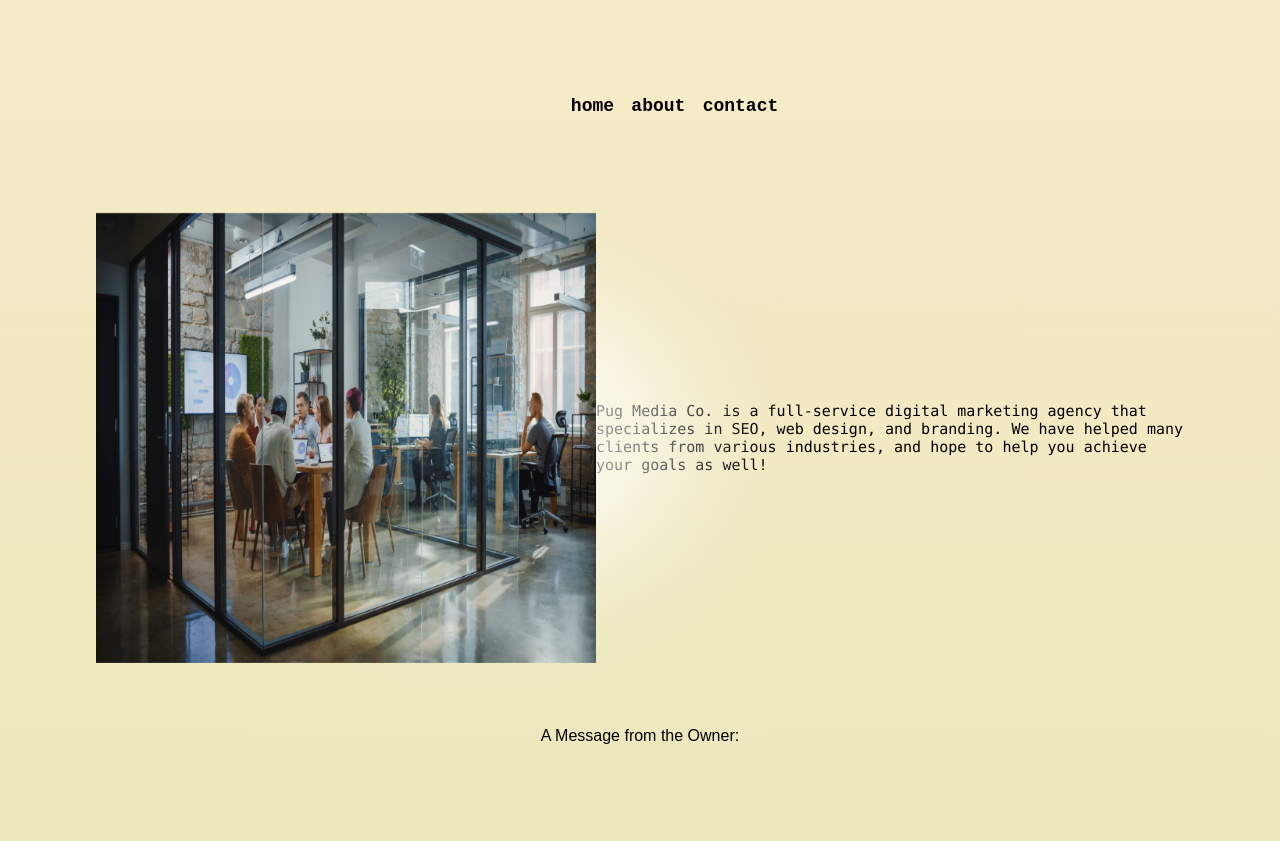
Repository: cheungglenda/MDIA2109-Week3
Page: /
These files come from the project's save history. The page is drawn as it stood at one moment and after the next save; the edit follows.
The browser window is 1280 px wide. The pictures show the whole page.
The project was rebuilt for these pictures with package versions that can differ from the ones it lists, and the page was loaded fresh each time. The framework's server and built-in components were replaced by stand-ins that run in the browser. Also part of the build but not shown: next.config.js, components/Card/index.js.

Above is the page before, as saved 2023-01-20 18:55:36.

### pages/index.js
import Head from 'next/head'
import Image from 'next/image'
import { Inter } from '@next/font/google'
import styles from '@/styles/Home.module.css'
import data from '../data/education.json'
import { useState } from 'react'
import Card from '../components/Card'
import Link from 'next/link'

const inter = Inter({ subsets: ['latin'] })

export default function Home() {

  /** ([...data]) enters the data in the useState and is calling that info. the useState has all the data from the education.json file */
  const [information, setInformation] = useState([...data])
  console.log(data);

  return (
    <>
      <Head>
        <title>Pug Media Co.</title>
        <meta name="description" content="Full-service digital marketing agency" />
        <meta name="viewport" content="width=device-width, initial-scale=1" />
        <link rel="icon" href="/favicon.ico" />
      </Head>
      <main className={styles.main}>
        <div className={styles.buttons}>
      <Link href="/" className={styles.links}>Home</Link>
      <Link href="../about" className={styles.links}>About</Link>
      <Link href="/" className={styles.links}>Contact</Link>
        </div>

        <div className={styles.center}>
          <Image
            className={styles.logo}
            src="/office.jpeg"
            width={500}
            height={450}
            priority
          />
          <div className={styles.description}>
            Pug Media Co. is a full-service digital marketing agency that specializes in SEO, web design, and branding. We have helped many clients from various industries, and hope to help you achieve your goals as well!
          </div>
        </div>


        <div className={styles.grid}>
          <div>A Message from the Owner:</div>

        </div>
      </main>
    </>
  )
}

/** .toLowerCase() is input when you don't want to worry about case sensitivity */

### styles/Home.module.css
.main {
  display: flex;
  flex-direction: column;
  justify-content: space-between;
  align-items: center;
  padding: 6rem;
  font-family:arial;
  min-height: 100vh;
  background-image: linear-gradient(rgb(245, 235, 200), rgb(236, 232, 188));

}

.buttons {
  display: flex;
  flex-direction:row;
  justify-content: space-evenly;
  margin-bottom:3%;
}

.links:hover {
  text-decoration:underline;
}

.links {
  font-size: 18px;
  max-width: var(--max-width);
  width: 100%;
  font-weight:900;
  font-family: 'Courier New', Courier, monospace;
  text-transform:lowercase;
  padding-left:10%;
}

.description {
  display: inherit;
  justify-content: inherit;
  align-items: inherit;
  font-size: 15px;
  max-width: var(--max-width);
  width: 100%;
  font-family: var(--font-mono);
}

.description a {
  display: flex;
  justify-content: center;
  align-items: center;
  gap: 0.5rem;
}

.description p {
  position: relative;
  margin: 0;
  padding: 1rem;
  background-color: rgba(var(--callout-rgb), 0.5);
  border: 1px solid rgba(var(--callout-border-rgb), 0.3);
  border-radius: var(--border-radius);
}

.code {
  font-weight: 700;
  font-family: var(--font-mono);
}

.meetTitle {
  font-size: 50px;
  font-weight:700;
  text-transform:lowercase;
  font-family:'Courier New', Courier, monospace;
  text-align:center;
}

.grid {
  display: flex;
  justify-content:center;
  width: var(--max-width);
  max-width: 100%;
  align-items:center;
  flex: 1;
}

.card {
  padding: 1rem 1.2rem;
  border-radius: var(--border-radius);
  background: rgba(var(--card-rgb), 0);
  border: 1px solid rgba(var(--card-border-rgb), 0);
  transition: background 200ms, border 200ms;
}

.card span {
  display: inline-block;
  transition: transform 200ms;
}

.info {
  font-family:Arial, Helvetica, sans-serif;
}

.card h2 {
  font-weight: 600;
  margin-bottom: 0.7rem;
}

.card p {
  margin: 0;
  opacity: 0.6;
  font-size: 0.9rem;
  line-height: 1.5;
  max-width: 30ch;
}


.employees {
  display:flex;
  gap:20px;
  width: 80%;
  text-align:center;
  font-family:'Courier New', Courier, monospace;
}

.titleDesc {
  font-size:16px;
  margin-bottom:3%;
}

.center {
  display: flex;
  justify-content: center;
  align-items: center;
  position: relative;
  padding: 4rem 0;
}

.center::before {
  background: var(--secondary-glow);
  border-radius: 50%;
  width: 480px;
  height: 360px;
  margin-left: -400px;
}

.center::after {
  background: var(--primary-glow);
  width: 240px;
  height: 180px;
  z-index: -1;
}

.center::before,
.center::after {
  content: '';
  left: 50%;
  position: absolute;
  filter: blur(45px);
  transform: translateZ(0);
}

.logo,
.thirteen {
  position: relative;
}

.thirteen {
  display: flex;
  justify-content: center;
  align-items: center;
  width: 75px;
  height: 75px;
  padding: 25px 10px;
  margin-left: 16px;
  transform: translateZ(0);
  border-radius: var(--border-radius);
  overflow: hidden;
  box-shadow: 0px 2px 8px -1px #0000001a;
}

.thirteen::before,
.thirteen::after {
  content: '';
  position: absolute;
  z-index: -1;
}

/* Conic Gradient Animation */
.thirteen::before {
  animation: 6s rotate linear infinite;
  width: 200%;
  height: 200%;
  background: var(--tile-border);
}

/* Inner Square */
.thirteen::after {
  inset: 0;
  padding: 1px;
  border-radius: var(--border-radius);
  background: linear-gradient(
    to bottom right,
    rgba(var(--tile-start-rgb), 1),
    rgba(var(--tile-end-rgb), 1)
  );
  background-clip: content-box;
}

/* Enable hover only on non-touch devices */
@media (hover: hover) and (pointer: fine) {
  .card:hover {
    background: rgba(var(--card-rgb), 0.1);
    border: 1px solid rgba(var(--card-border-rgb), 0.15);
  }

  .card:hover span {
    transform: translateX(4px);
  }
}

@media (prefers-reduced-motion) {
  .thirteen::before {
    animation: none;
  }

  .card:hover span {
    transform: none;
  }
}

/* Mobile */
@media (max-width: 700px) {
  .content {
    padding: 4rem;
  }

  .grid {
    grid-template-columns: 1fr;
    margin-bottom: 120px;
    max-width: 320px;
    text-align: center;
  }

  .card {
    padding: 1rem 2.5rem;
  }

  .card h2 {
    margin-bottom: 0.5rem;
  }

  .center {
    padding: 8rem 0 6rem;
  }

  .center::before {
    transform: none;
    height: 300px;
  }

  .description {
    font-size: 0.8rem;
  }

  .description a {
    padding: 1rem;
  }

  .description p,
  .description div {
    display: flex;
    justify-content: center;
    position: fixed;
    width: 100%;
  }

  .description p {
    align-items: center;
    inset: 0 0 auto;
    padding: 2rem 1rem 1.4rem;
    border-radius: 0;
    border: none;
    border-bottom: 1px solid rgba(var(--callout-border-rgb), 0.25);
    background: linear-gradient(
      to bottom,
      rgba(var(--background-start-rgb), 1),
      rgba(var(--callout-rgb), 0.5)
    );
    background-clip: padding-box;
    backdrop-filter: blur(24px);
  }

  .description div {
    align-items: flex-end;
    pointer-events: none;
    inset: auto 0 0;
    padding: 2rem;
    height: 200px;
    background: linear-gradient(
      to bottom,
      transparent 0%,
      rgb(var(--background-end-rgb)) 40%
    );
    z-index: 1;
  }
}

/* Tablet and Smaller Desktop */
@media (min-width: 701px) and (max-width: 1120px) {
  .grid {
    grid-template-columns: repeat(2, 50%);
  }
}

@media (prefers-color-scheme: dark) {

  .main {
    background-image: linear-gradient(rgb(51, 65, 14), rgb(169, 169, 110));
  }

  .vercelLogo {
    filter: invert(1);
  }

  .logo,
  .thirteen img {
    filter: invert(1) drop-shadow(0 0 0.3rem #ffffff70);
  }


  .meetTitle {
    color:white;
  }

  .titleDesc {
    color:white;
  }

  .links {
    color: white;
  }

  .employees {
    color: black;
  }
}

@keyframes rotate {
  from {
    transform: rotate(360deg);
  }
  to {
    transform: rotate(0deg);
  }
}

### data/education.json
[
        {
            "studentNumber": "A0004567",
            "firstName": "Person 1",
            "gpa": 3.8,
            "department": "Business",
            "degree": "Finance",
            "graduted": 2014
        },
        {
            "studentNumber": "A0001234",
            "firstName": "Person 2",
            "gpa": 3.5,
            "department": "Business",
            "degree": "Accounting",
            "graduted": 2010
        },
        {
            "studentNumber": "A0007890",
            "firstName": "Person 3",
            "gpa": 3.2,
            "department": "Computing",
            "degree": "Applied Software Development Certificate",
            "graduted": 2018
        },
        {
            "studentNumber": "A0007828",
            "firstName": "Person 4",
            "gpa": 3.9,
            "department": "Computing",
            "degree": "Computer Systems Diploma",
            "graduted": 2021
        },
        {
            "studentNumber": "A0003425",
            "firstName": "Person 5",
            "gpa": 3.2,
            "department": "Computing",
            "degree": "Applied Computer Information Systems Certificate",
            "graduted": 2021
        }
]

Loaded but not shown: pages/_app.js (common file); pages/_document.js (common file); styles/globals.css (common file)

After the next save:
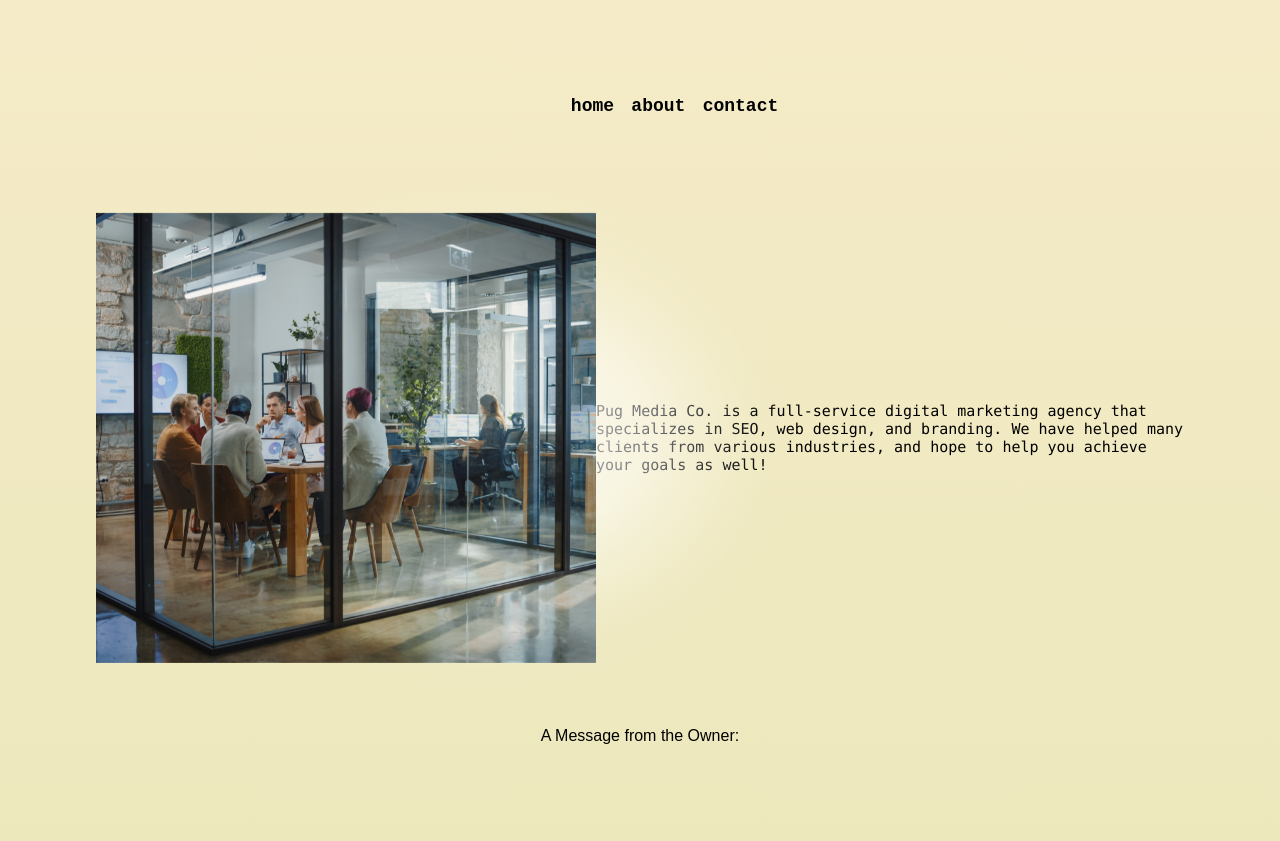
Saved 11 s later.
--- a/styles/Home.module.css
+++ b/styles/Home.module.css
@@ -158,6 +158,7 @@
 .logo,
 .thirteen {
   position: relative;
+  object-fit:cover;
 }
 
 .thirteen {
